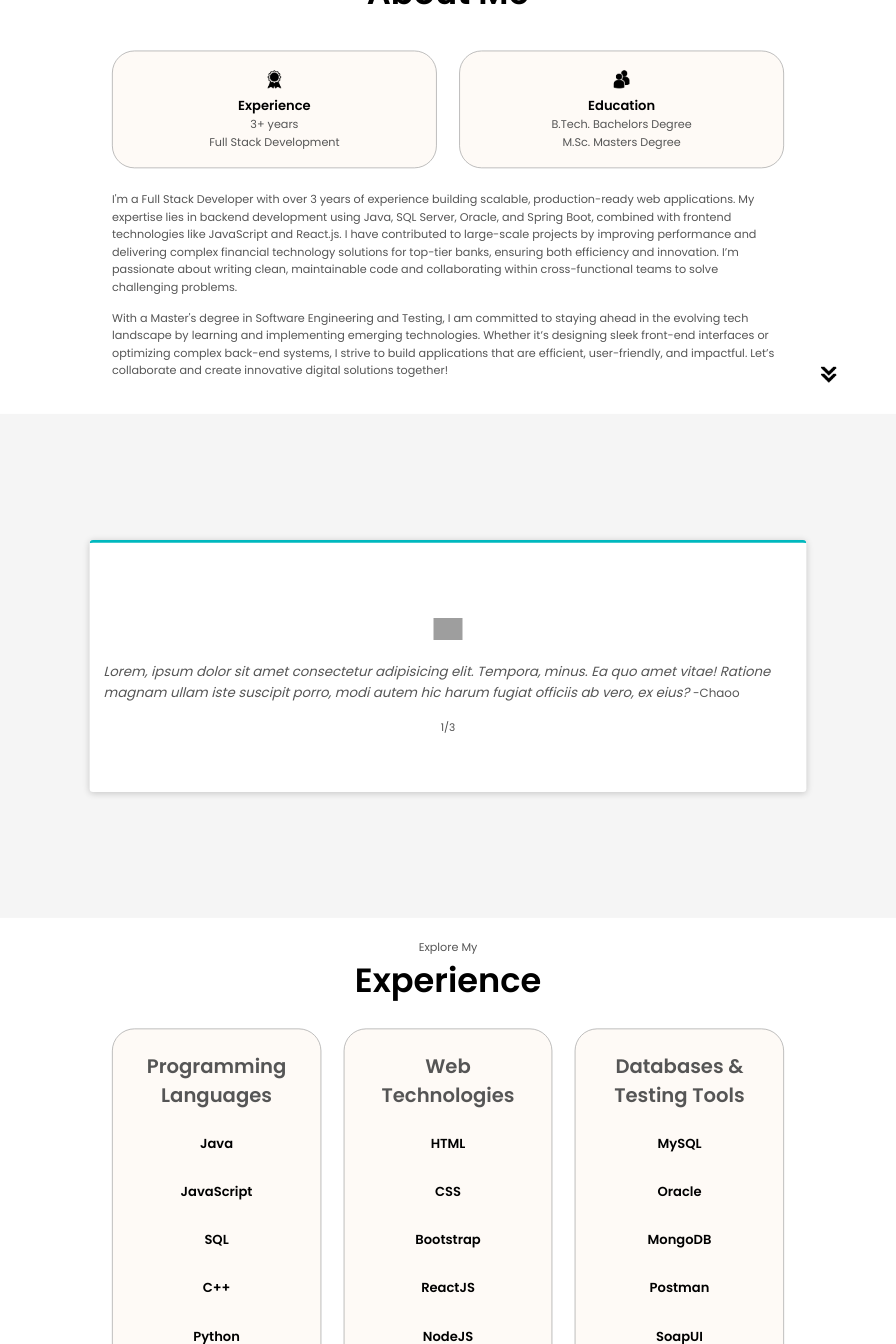
Repository: Pradnya-07/Portfolio-Pradnya
Page: index.html
The author's editor kept a copy of each file at every save. The page is drawn from the files as they stood at one save, then again after the next save.
The browser window is 1280 px wide. The pictures show the part of the page from y = 916 to 2836 px (the page is 5307 px tall), at 70% of full size.
Pictures or frames that could not be fetched are drawn as grey boxes.

Above is the page before, as saved 2025-05-02 09:34:53.
Console error: TypeError: Cannot read properties of null (reading 'addEventListener')

### index.html
<!DOCTYPE html>
<html lang="en">
  <head>
    <meta charset="UTF-8" />
    <meta http-equiv="X-UA-Compatible" content="IE=edge" />
    <meta name="viewport" content="width=device-width, initial-scale=1.0" />
    <title>My Portfolio</title>
    <link rel="stylesheet" href="style.css" />
    <link rel="stylesheet" href="mediaqueries.css" />
  </head>
  <body>
    <nav id="desktop-nav">
      <div class="logo">Pradnya Baviskar</div>
      <div>
        <ul class="nav-links">
          <li><a href="#about">About</a></li>
          <li><a href="#experience">Experience</a></li>
          <li><a href="#projects">Projects</a></li>
          <li><a href="#contact">Contact</a></li>
        </ul>
      </div>
    </nav>
    <nav id="hamburger-nav">
      <div class="logo">Pradnya Baviskar</div>
      <div class="hamburger-menu">
        <div class="hamburger-icon" onclick="toggleMenu()">
          <span></span>
          <span></span>
          <span></span>
        </div>
        <div class="menu-links">
          <li><a href="#about" onclick="toggleMenu()">About</a></li>
          <li><a href="#experience" onclick="toggleMenu()">Experience</a></li>
          <li><a href="#projects" onclick="toggleMenu()">Projects</a></li>
          <li><a href="#contact" onclick="toggleMenu()">Contact</a></li>
        </div>
      </div>
    </nav>
    <section id="profile">
      <div class="section__pic-container">
        <img src="./assets/profile-pic.JPG" alt="Pradnya Baviskar profile picture" />
      </div>
      <div class="section__text">
        <p class="section__text__p2">Hello, I'm</p>
        <h1 class="title">Pradnya Baviskar</h1>
        <p class="section__text__p2">Software Developer - Full Stack</p>
        <div class="btn-container">
          <button
            class="btn btn-color-2"
            onclick="window.open('./assets/pradnya_baviskar-3.pdf')"
          >
            Download CV
          </button>
          <button class="btn btn-color-1" onclick="location.href='#contact'">
            Contact Info
          </button>
        </div>
        <div id="socials-container">
          <img
            src="./assets/linkedin.png"
            alt="My LinkedIn profile"
            class="icon"
            onclick="location.href='https://linkedin.com/'"
          />
          <img
            src="./assets/github.png"
            alt="My Github profile"
            class="icon"
            onclick="location.href='https://github.com/'"
          />
        </div>
      </div>
    </section>
    <section id="about">
      <p class="section__text__p1">Get To Know More</p>
      <h1 class="title">About Me</h1>
      <div class="section-container">

        <div class="about-details-container">
          <div class="about-containers">
            <div class="details-container">
              <img
                src="./assets/experience.png"
                alt="Experience icon"
                class="icon"
              />
              <h3>Experience</h3>
              <p>3+ years <br />Full Stack Development</p>
            </div>
            <div class="details-container">
              <img
                src="./assets/education.png"
                alt="Education icon"
                class="icon"
              />
              <h3>Education</h3>
              <p>B.Tech. Bachelors Degree<br />M.Sc. Masters Degree</p>
            </div>
          </div>
          <div class="text-container">
            <p>
              I'm a Full Stack Developer with over 3 years of experience building scalable, production-ready web applications.
              My expertise lies in backend development using Java, SQL Server, Oracle, and Spring Boot, combined with frontend technologies like JavaScript and React.js.
              I have contributed to large-scale projects by improving performance and delivering complex financial technology solutions for top-tier banks, ensuring both efficiency and innovation.
              I’m passionate about writing clean, maintainable code and collaborating within cross-functional teams to solve challenging problems.
            </p>
            <p style=" margin-top: 2%;">
              With a Master's degree in Software Engineering and Testing, I am committed to staying ahead in the evolving tech landscape by learning and implementing emerging technologies.
              Whether it’s designing sleek front-end interfaces or optimizing complex back-end systems, I strive to build applications that are efficient, user-friendly, and impactful.
              Let’s collaborate and create innovative digital solutions together!
            </p>
          </div>

        </div>
      </div>
      <img
        src="./assets/arrow.png"
        alt="Arrow icon"
        class="icon arrow"
        onclick="location.href='#experience'"
      />
    </section>

 <div class="testimonials-container">
    <div class="testimonial">
      <a href="#"><img src="upwork.png" alt="upwork" /></a>
      <p>
        Lorem, ipsum dolor sit amet consectetur adipisicing elit. Tempora,
        minus. Ea quo amet vitae! Ratione magnam ullam iste suscipit porro,
        modi autem hic harum fugiat officiis ab vero, ex eius?
        <span>-Chaoo</span>
      </p>
      <span class="numbertext">1/3</span>
    </div>

    <div class="testimonial">
      <a href="#"><img src="upwork.png" alt="upwork" /></a>
      <p>
        Lorem, ipsum dolor sit amet consectetur adipisicing elit. Tempora,
        minus. Ea quo amet vitae! Ratione magnam ullam iste suscipit porro,
        modi autem hic harum fugiat officiis ab vero, ex eius?
        <span>-ChaooCharles</span>
      </p>
      <span class="numbertext">2/3</span>
    </div>

    <div class="testimonial">
      <a href="#"><img src="upwork.png" alt="upwork" /></a>
      <p>
        Lorem, ipsum dolor sit amet consectetur adipisicing elit. Tempora,
        minus. Ea quo amet vitae! Ratione magnam ullam iste suscipit porro,
        modi autem hic harum fugiat officiis ab vero, ex eius?
        <span>-Charles</span>
      </p>
      <span class="numbertext">3/3</span>
    </div>
  </div>




    <section id="experience">
      <p class="section__text__p1">Explore My</p>
      <h1 class="title">Experience</h1>
      <div class="experience-details-container">
        <div class="about-containers">
          <div class="details-container">
            <h2 class="experience-sub-title">Programming Languages</h2>
            <div class="article-container">
              <article class="skills">

                <div>
                  <h3 class="skills">Java</h3>
                </div>
              </article>
              <article class="skills">

                <div>
                  <h3 class="skills">JavaScript</h3>

                </div>
              </article>
              <article class="skills">

                <div>
                  <h3 class="skills">SQL</h3>

                </div>
              </article>
              <article class="skills">

                <div>
                  <h3 class="skills">C++</h3>

                </div>
              </article>
              <article class="skills">

                <div>
                  <h3>Python</h3>
                </div>
              </article>
              <article class="skills">

                <div>
                  <h3 class="skills">C</h3>
                </div>
              </article>

            </div>
          </div>

          <div class="details-container">
            <h2 class="experience-sub-title">Web Technologies</h2>
            <div class="article-container">
              <article>

                <div>
                  <h3>HTML</h3>
                </div>
              </article>
              <article>

                <div>
                  <h3>CSS</h3>
                </div>
              </article>
              <article>

                <div>
                  <h3>Bootstrap</h3>
                </div>
              </article>
              <article>

                <div>
                  <h3>ReactJS</h3>
                </div>
              </article>
              <article>

                <div>
                  <h3>NodeJS</h3>
                </div>
              </article>
              <article>

                <div>
                  <h3>ExpressJS</h3>
                </div>
              </article>
            </div>
          </div>

          <div class="details-container">
            <h2 class="experience-sub-title">Databases & Testing Tools</h2>
            <div class="article-container">
              <article>

                <div>
                  <h3>MySQL</h3>
                </div>
              </article>
              <article>

                <div>
                  <h3>Oracle</h3>
                </div>
              </article>
              <article>

                <div>
                  <h3>MongoDB</h3>
                </div>
              </article>
              <article>

                <div>
                  <h3>Postman</h3>
                </div>
              </article>
              <article>

                <div>
                  <h3>SoapUI</h3>
                </div>
              </article>

            </div>
          </div>

          <div class="details-container">
            <h2 class="experience-sub-title">Software</h2>
            <div class="article-container">
              <article>

                <div>
                  <h3>Git & GitHub</h3>
                </div>
              </article>
              <article>

                <div>
                  <h3>Linux</h3>
                </div>
              </article>



              <article>

                <div>
                  <h3>Docker</h3>
                </div>
              </article>
              <article>

                <div>
                  <h3>Jira</h3>
                </div>
              </article>
              <article>

                <div>
                  <h3 class="skills">Agile Methodology</h3>
                </div>
              </article>
            </div>
          </div>




        </div>
      </div>
      <img
        src="./assets/arrow.png"
        alt="Arrow icon"
        class="icon arrow"
        onclick="location.href='#projects'"
      />
    </section>

    <section id="projects">
      <p class="section__text__p1">Browse My Recent</p>
      <h1 class="title">Projects</h1>
      <div class="experience-details-container">
        <div class="about-containers">
          <div class="details-container color-container">
            <div class="article-container">
              <img
                src="./assets/project1.png"
                alt="Project 1"
                class="project-img"
              />
            </div>
            <h2 class="experience-sub-title project-title">My Book Nest</h2>
            <div class="btn-container">
              <button
                class="btn btn-color-2 project-btn"
                onclick="location.href='https://github.com/Pradnya-07/Pradnya-s_Library'"
              >
                Github
              </button>
              <button
                class="btn btn-color-2 project-btn"
                onclick="location.href='https://pradnya-s-library.onrender.com'"
              >
                Live Demo
              </button>
            </div>
          </div>
          <div class="details-container color-container">
            <div class="article-container">
              <img
                src="./assets/scam.png"
                alt="Project 2"
                class="project-img"
              />
            </div>
            <h2 class="experience-sub-title project-title">Spam Email Detection</h2>
            <div class="btn-container">
              <button
                class="btn btn-color-2 project-btn"
                onclick="location.href='https://github.com/Pradnya-07/Spam_Email_Detection'"
              >
                Github
              </button>
              <button
                class="btn btn-color-2 project-btn"
                onclick="location.href='https://spam-email-detection-9in7.onrender.com'"
              >
                Live Demo
              </button>
            </div>
          </div>
          <div class="details-container color-container">
            <div class="article-container">
              <img
                src="./assets/forecast.png"
                alt="Project 3"
                class="project-img"
              />
            </div>
            <h2 class="experience-sub-title project-title">Weather Forecast</h2>
            <div class="btn-container" style="margin-top: 14%;">
              <button
                class="btn btn-color-2 project-btn"
                onclick="location.href='https://github.com/Pradnya-07/Weather-Dashboard'"
              >
                Github
              </button>
              <button
                class="btn btn-color-2 project-btn"
                onclick="location.href='https://pradnya-07.github.io/Weather-Dashboard/'"
              >
                Live Demo
              </button>
            </div>
          </div>
        </div>
      </div>
      <img
        src="./assets/arrow.png"
        alt="Arrow icon"
        class="icon arrow"
        onclick="location.href='#contact'"
      />
    </section>
    <section id="contact">


      <div class="contact-info-upper-container">
        <div class="contact-info-container">
          <img
            src="./assets/email.png"
            alt="Email icon"
            class="icon contact-icon email-icon"
          />
          <p><a href="mailto:pradnyabaviskar56p@gmail.com">pradnyabaviskar56p@gmail.com</a></p>
        </div>
        <div class="contact-info-container">
          <img
            src="./assets/linkedin.png"
            alt="LinkedIn icon"
            class="icon contact-icon"
          />
          <p><a href="https://www.linkedin.com">LinkedIn</a></p>
        </div>
      </div>
    </section>
    <footer>
      <nav>
        <div class="nav-links-container">
          <ul class="nav-links">
            <li><a href="#about">About</a></li>
            <li><a href="#experience">Experience</a></li>
            <li><a href="#projects">Projects</a></li>
            <li><a href="#contact">Contact</a></li>
          </ul>
        </div>
      </nav>
      <p>Copyright &#169; 2025 Pradnya Baviskar. All Rights Reserved.</p>
    </footer>
    <script src="script.js"></script>
  </body>
</html>

### mediaqueries.css
@media screen and (max-width: 1400px) {
  #profile {
    height: 83vh;
    margin-bottom: 6rem;
  }
  .about-containers {
    flex-wrap: wrap;
  }
  #contact,
  #projects {
    height: fit-content;
  }
}

@media screen and (max-width: 1200px) {
  #desktop-nav {
    display: none;
  }
  #hamburger-nav {
    display: flex;
  }
  #experience,
  .experience-details-container {
    margin-top: 2rem;
  }
  #profile,
  .section-container {
    display: block;
  }
  .arrow {
    display: none;
  }
  section,
  .section-container {
    height: fit-content;
  }
  section {
    margin: 0 5%;
  }
  .section__pic-container {
    width: 275px;
    height: 275px;
    margin: 0 auto 2rem;
  }
  .about-containers {
    margin-top: 0;
  }
}

@media screen and (max-width: 600px) {
  #contact,
  footer {
    height: 40vh;
  }
  #profile {
    height: 83vh;
    margin-bottom: 0;
  }
  article {
    font-size: 1rem;
  }
  footer nav {
    height: fit-content;
    margin-bottom: 2rem;
  }
  .about-containers,
  .contact-info-upper-container,
  .btn-container {
    flex-wrap: wrap;
  }
  .contact-info-container {
    margin: 0;
  }
  .contact-info-container p,
  .nav-links li a {
    font-size: 1rem;
  }
  .experience-sub-title {
    font-size: 1.25rem;
  }
  .logo {
    font-size: 1.5rem;
  }
  .nav-links {
    flex-direction: column;
    gap: 0.5rem;
    text-align: center;
  }
  .section__pic-container {
    width: auto;
    height: 46vw;
    justify-content: center;
  }
  .section__text__p2 {
    font-size: 1.25rem;
  }
  .title {
    font-size: 2rem;
  }
  .text-container {
    text-align: justify;
  }
}

Loaded but not shown: script.js (39 lines, source omitted); style.css (536 lines, source omitted)

After the next save:
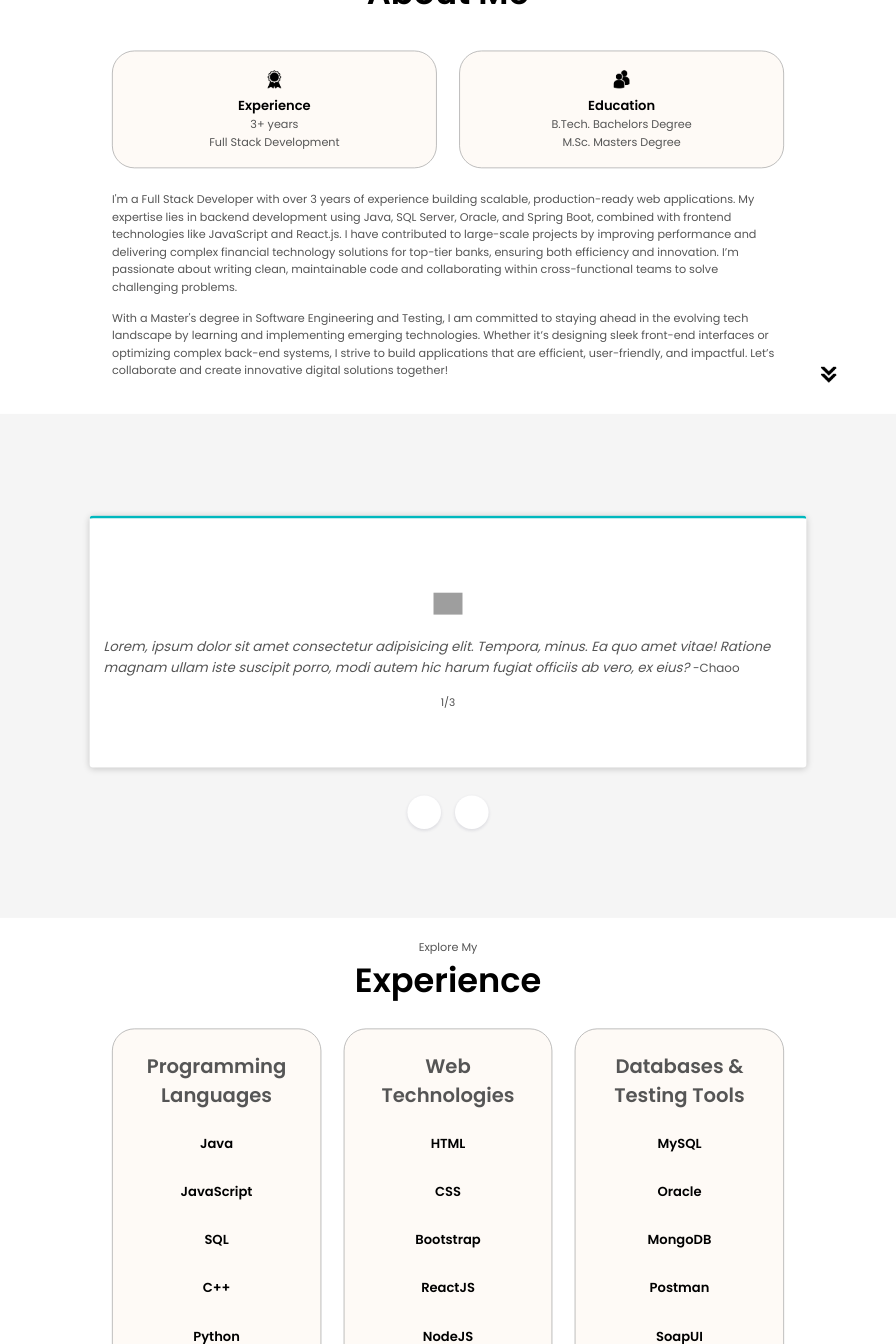
The error is gone.
Saved 98 s later.
--- a/index.html
+++ b/index.html
@@ -154,6 +154,14 @@
       </p>
       <span class="numbertext">3/3</span>
     </div>
+    <div>
+      <a class="prev">
+        <i class="fas fa-long-arrow-alt-left"></i>
+      </a>
+      <a class="next">
+        <i class="fas fa-long-arrow-alt-right"></i>
+      </a>
+    </div>
   </div>
 
 
